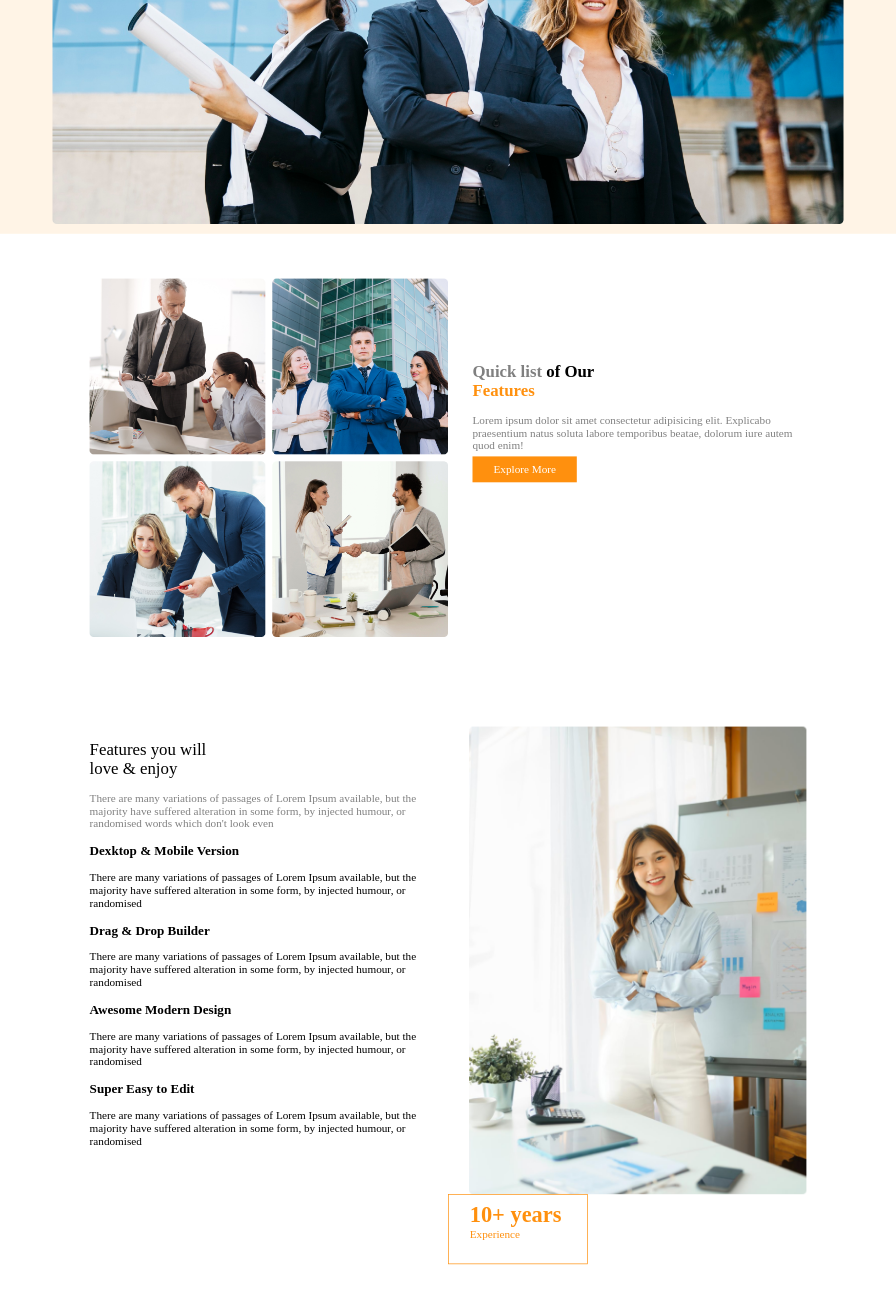
Repository: sadiaafsana138/Architect
Page: index.html
The author's editor kept a copy of each file at every save. The page is drawn from the files as they stood at one save, then again after the next save.
The browser window is 1280 px wide. The pictures show the part of the page from y = 680 to 2600 px (the page is 2550 px tall before and 2600 px after), at 70% of full size.

Above is the page before, as saved 2023-01-16 16:49:44.

### index.html
<!DOCTYPE html>
<html lang="en">

<head>
  <meta charset="UTF-8" />
  <meta http-equiv="X-UA-Compatible" content="IE=edge" />
  <meta name="viewport" content="width=device-width, initial-scale=1.0" />
  <!-- CSS Stylesheet -->
  <link rel="stylesheet" href="style.css" />
  <title>G3 Architects</title>
</head>

<body>
  <!-- Head Section -->
  <header>
    <div class="top-head container">
      <div class="logo">
        <a href="">G3 Architects</a>
      </div>
      <nav class="navigation">
        <ul class="navigation-items">
          <li><a href="#">Home</a></li>
          <li><a href="#">About</a></li>
          <li><a href="#">Contact Us</a></li>
          <li><a href="#">Log In</a></li>
        </ul>
      </nav>
    </div>
    <div class="top-section container">
      <div class="top-bar-product">
        <div class="top-text">
          <h1>Brand New</h1>
          <h1>Group of Architects</h1>
          <p>
            There are many variations of passages of Lorem Ipsum available,
            but the majority have suffered <br>
            alteration in some form, by
            injected humour, or randomised words which don't look even
          </p>
          <br />
          <a href="#" class="link-btn">Explore More </a>
        </div>
        <div class="top-img">
          <img src="./images/banner.png" alt="" />
        </div>
      </div>
    </div>
  </header>
  <!--section Quick list of Our Features-->
  <section class="section-2">
    <div class="sec2div1">
      <img src="images/team1.png" alt="">

      </img>
      <img src="images/team2.png" alt="">

      </img>
      <img src="images/team3.png" alt="">

      </img>
      <img src="images/team4.png" alt="">

      </img>
    </div>
    <div class="sec2div2">
      <h2><span class="sp1">Quick list</span> of Our <br>
        <span id="sp2">Features</span>
      </h2>
      <p class="sp1">Lorem ipsum dolor sit amet consectetur adipisicing elit. Explicabo praesentium natus soluta labore
        temporibus beatae, dolorum iure autem quod enim!</p>
      <a href="#" class="link-btn">Explore More </a>
    </div>
  </section>
  <!--section-3 Features you will love & enjoy-->
  <section class="section-2">
    <div class="sec3div1">
      <h1>Features you will<br>
        love & enjoy</h1>
      <p class="sp1">
        There are many variations of passages of Lorem Ipsum available, but the majority have suffered alteration in
        some form, by injected humour, or randomised words which don't look even
      </p>
      <div class="sec3">
        <h3 class="sec3title">Dexktop & Mobile Version</h3>
        <p class="sec3subtitle">
          There are many variations of passages of Lorem Ipsum available, but the majority have suffered alteration in
          some form, by injected humour, or randomised
        </p>
      </div>
      <div class="sec3">
        <h3 class="sec3title">Drag & Drop Builder</h3>
        <p class="sec3subtitle">
          There are many variations of passages of Lorem Ipsum available, but the majority have suffered alteration in
          some form, by injected humour, or randomised
        </p>
      </div>
      <div class="sec3">
        <h3 class="sec3title">Awesome Modern Design</h3>
        <p class="sec3subtitle">
          There are many variations of passages of Lorem Ipsum available, but the majority have suffered alteration in
          some form, by injected humour, or randomised
        </p>
      </div>
      <div class="sec3">
        <h3 class="sec3title">Super Easy to Edit</h3>
        <p class="sec3subtitle">
          There are many variations of passages of Lorem Ipsum available, but the majority have suffered alteration in
          some form, by injected humour, or randomised
        </p>
      </div>
    </div>
    <div class="sec3div2">
      <img src="images/architect.png" alt="">
      <a href="#" class="link-btn1"><span class="sp3">10+ years</span><br> Experience </a>
    </div>


  </section>
</body>

</html>

### style.css
@import url("https://fonts.googleapis.com/css2?family=Inter:wght@700&family=Manrope:wght@700&display=swap");

/* common styles or utilities */
* {
  padding: 0;
  box-sizing: border-box;
  font-family: "Poppins";
}

html {
  scroll-behavior: smooth;
}

body {
  font-family: "Poppins";
  margin: 0;
}

h1 {
  font-weight: 500;
}

a {
  text-decoration: none;
}

main {
  display: flex;
  flex-direction: column;
  align-items: center;
  justify-content: center;
  margin-top: 2%;
}

.container {
  max-width: 960px;
  margin: 0 auto;
  padding: 0 20px;
}

.link-btn , .link-btn1{
  background-color: #ff900e;
  color: white;
  padding: 10px 30px;
  transition: 0.4s all ease-in-out;
}

.link-btn:hover , .link-btn1{
  background-color: transparent;
  border: 1px solid #ff900e;
  color: #ff900e;
}
.link-btn1{
  height: 100px;
  width:200px
}

/* Header Section */
header {
  padding: 10px 0;
  background-color: rgba(255, 144, 14, 0.1);
}

header .container {
  max-width: 1170px;
  display: flex;
  justify-content: space-between;
  align-items: center;
}

.logo {
  display: flex;
}

.logo a {
  color: black;
  font-weight: 700;
  font-size: 20px;
}

.navigation {
  display: flex;
}

.navigation-items {
  display: flex;
  align-items: center;
}

.navigation-items li {
  list-style: none;
  padding: 0 20px;
}

.navigation-items li a {
  color: black;
  font-size: 12px;
  position: relative;
}

.navigation-items li a:after {
  content: "";
  position: absolute;
  background-color: #ff900e;
  height: 3px;
  width: 0;
  left: 0;
  bottom: -10px;
  transition: 0.3s;
}

.navigation-items li a:hover:after {
  width: 100%;
}

/* Top Bar Infos */
.top-section.container {
  margin-top: 5%;
}

.top-bar-product {
  text-align: center;
}

.top-text h1 {
  font-weight: 700;
  font-size: 45px;
}

.top-text p {
  font-size: 14px;
  text-align: center;
}

.top-img {
  width: 100%;
  margin-top: 50px;
}
.top-img img {
  width: 100%;
}
/*Section 2 Quick list of Our Features*/
.sp1{
  color: gray;
}
#sp2{
  color: #ff900e;
}
.section-2{
  display:grid;
  grid-template-columns: repeat(2,1fr);
  padding-left: 10%;
  padding-right: 10%;
  padding-top: 5%;
  padding-bottom: 5%;

}
.sec2div1{
  display: grid;
  grid-template-columns: repeat(2,1fr);
  row-gap: 10px;
  column-gap: 10px;
}
.sec2div1 img{
  width: 100%;
}
.sec2div2{
  padding-left: 35px;
  padding-top: 100px;
}
/* Media Queries */
@media only screen and (max-width: 688px) {
  .navigation {
    display: none;
  }
  .container {
    width: 100%;
  }
  .top-bar-product {
    flex-direction: column;
  }
  .top-img {
    order: 1;
  }
  .top-text {
    order: 2;
    text-align: center;
  }
  .section-2{
    display:grid;
    grid-template-columns: repeat(1,1fr);
  }
  .sec2div1{
    display: grid;
    grid-template-columns: repeat(1,1fr);
  }

}
.sec3div2{
  display: grid;
}
.sec3div2 img{
  width: 100%;
  padding-left:30px;
}
.sp3{
  font-weight: 700;
  font-size: xx-large;
}
@media only screen and (min-width: 688px) and (max-width: 992px) {
  .container {
    width: 100%;
  }
  .section-2{
    display:grid;
    grid-template-columns: repeat(1,1fr);
  }
  .sec2div1{
    display: grid;
    grid-template-columns: repeat(2,1fr);
  }
}

After the next save:
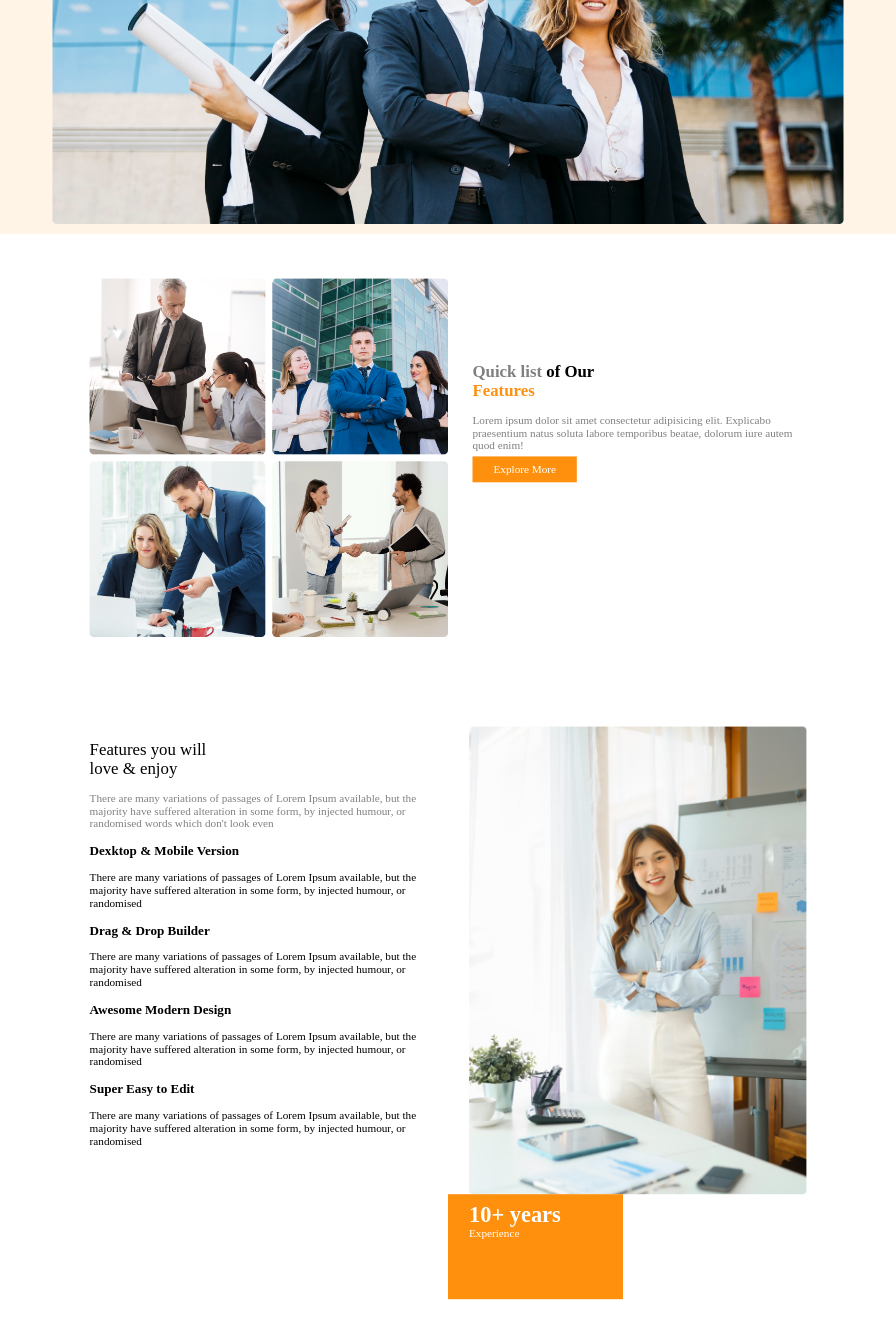
Saved 57 s later.
--- a/style.css
+++ b/style.css
@@ -45,14 +45,14 @@
   transition: 0.4s all ease-in-out;
 }
 
-.link-btn:hover , .link-btn1{
+.link-btn:hover , .link-btn1:hover{
   background-color: transparent;
   border: 1px solid #ff900e;
   color: #ff900e;
 }
 .link-btn1{
-  height: 100px;
-  width:200px
+  height: 150px;
+  width:250px
 }
 
 /* Header Section */
